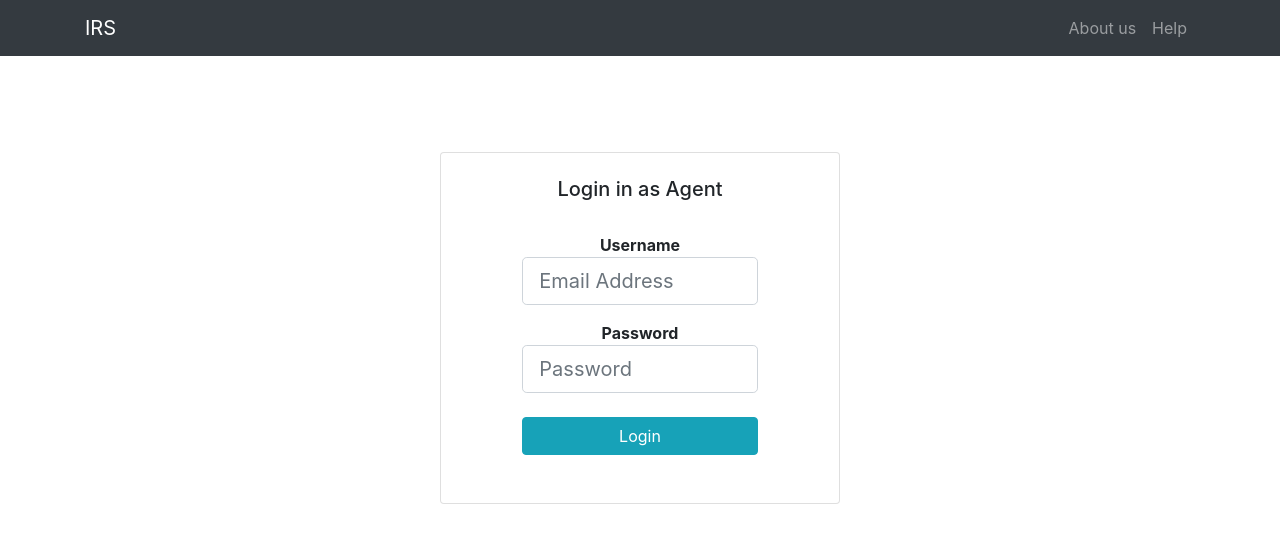
Repository: greeshmavyas/IRS_CS
Page: / (app in AgentManagement/Frontend/)
These files come from the project's save history. The page is drawn as it stood at one moment and after the next save; the edit follows.
The browser window is 1280 px wide. The pictures show the whole page.
Some web libraries are served in a nearby version. The project was rebuilt for these pictures with package versions that can differ from the ones it lists, and the page was loaded fresh each time. Also part of the build but not shown: AgentManagement/Frontend/src/components/NavbarDash.js, AgentManagement/Frontend/src/components/Sidebar.js, AgentManagement/Frontend/src/components/Dashboard.js, AgentManagement/Frontend/src/components/Settings.js, AgentManagement/frontend/src/App.css.

Above is the page before, as saved 2020-10-26 15:23:30.

### AgentManagement/frontend/public/index.html
<!DOCTYPE html>
<html lang="en">
  <head>
    <meta charset="utf-8" />
    <link rel="icon" href="%PUBLIC_URL%/favicon.ico" />
    <meta name="viewport" content="width=device-width, initial-scale=1" />
    <meta name="theme-color" content="#000000" />
    <meta
      name="description"
      content="Web site created using create-react-app"
    />
    <link rel="apple-touch-icon" href="%PUBLIC_URL%/logo192.png" />
    <!--
      manifest.json provides metadata used when your web app is installed on a
      user's mobile device or desktop. See https://developers.google.com/web/fundamentals/web-app-manifest/
    -->
    <link rel="manifest" href="%PUBLIC_URL%/manifest.json" />
    <link rel="stylesheet" href="https://stackpath.bootstrapcdn.com/bootstrap/4.4.1/css/bootstrap.min.css"
      integrity="sha384-Vkoo8x4CGsO3+Hhxv8T/Q5PaXtkKtu6ug5TOeNV6gBiFeWPGFN9MuhOf23Q9Ifjh" crossorigin="anonymous">
    <script src="https://kit.fontawesome.com/db1fc867ad.js" crossorigin="anonymous"></script>
    <!--
      Notice the use of %PUBLIC_URL% in the tags above.
      It will be replaced with the URL of the `public` folder during the build.
      Only files inside the `public` folder can be referenced from the HTML.

      Unlike "/favicon.ico" or "favicon.ico", "%PUBLIC_URL%/favicon.ico" will
      work correctly both with client-side routing and a non-root public URL.
      Learn how to configure a non-root public URL by running `npm run build`.
    -->
    <title>React App</title>
  </head>
  <body>
    <noscript>You need to enable JavaScript to run this app.</noscript>
    <div id="root"></div>
    <script src="https://code.jquery.com/jquery-3.4.1.slim.min.js"
      integrity="sha384-J6qa4849blE2+poT4WnyKhv5vZF5SrPo0iEjwBvKU7imGFAV0wwj1yYfoRSJoZ+n" crossorigin="anonymous"></script>
    <script src="https://cdn.jsdelivr.net/npm/popper.js@1.16.0/dist/umd/popper.min.js"
      integrity="sha384-Q6E9RHvbIyZFJoft+2mJbHaEWldlvI9IOYy5n3zV9zzTtmI3UksdQRVvoxMfooAo" crossorigin="anonymous"></script>
    <script src="https://stackpath.bootstrapcdn.com/bootstrap/4.4.1/js/bootstrap.min.js"
      integrity="sha384-wfSDF2E50Y2D1uUdj0O3uMBJnjuUD4Ih7YwaYd1iqfktj0Uod8GCExl3Og8ifwB6" crossorigin="anonymous"></script>
    <!--
      This HTML file is a template.
      If you open it directly in the browser, you will see an empty page.

      You can add webfonts, meta tags, or analytics to this file.
      The build step will place the bundled scripts into the <body> tag.

      To begin the development, run `npm start` or `yarn start`.
      To create a production bundle, use `npm run build` or `yarn build`.
    -->
  </body>
</html>

### AgentManagement/Frontend/src/App.js
import React from 'react';
import { BrowserRouter } from 'react-router-dom';
import Main from "./Main"
import './App.css';

function App() {
  return (
    <div>
      <BrowserRouter>
        <Main />
      </BrowserRouter>
    </div>
  );
}

export default App;

### AgentManagement/Frontend/src/Main.js
import React, { Component } from 'react';
import { Route } from 'react-router-dom';
import login from './components/login';
import Dashboard from './components/Dashboard';
import Settings from './components/Settings';

 class Main extends Component {
    render() {
        return (
          <div>
            <Route exact path="/" component={login} />
            <Route exact path="/dashboard" component={Dashboard} />
            <Route exact path="/settings" component={Settings} />
          </div>
        );
    }
}

export default Main;

### AgentManagement/Frontend/src/components/login.js
import React, { Component } from "react";
import Card from 'react-bootstrap/Card'
import NavbarLogin from './NavbarLogin'


class login extends Component {
  constructor() {
    super();
    this.state = {
      email: "",
      password: "",
      userType: "",
      errors: {},
    };
    //this.onChange = this.onChange.bind(this);
    //this.onSubmit = this.onSubmit.bind(this);
  }

  onChange = (e) => {
    this.setState({
      [e.target.name]: e.target.value,
    });
  };

  render() {
    return (
      <div>
        <NavbarLogin/>
        <br></br>
        <br></br>
        <br></br>
        <center>
        <Card style={{ width: '25rem' }}>
        <div className="container">
          <div className="row">
            <div className="col-md-8 m-auto">
            <br></br>
              <h5>Login in as Agent</h5>
              <br></br>
              <form onSubmit={this.onSubmit}>
                <div className="form-group">
                <strong>Username</strong>
                  <input
                    type="email"
                    className="form-control form-control-lg"
                    placeholder="Email Address"
                    name="email"
                    value={this.state.email}
                    onChange={this.onChange}
                  />
                </div>
                <div className="form-group">
                <strong>Password</strong>
                  <input
                    type="password"
                    className="form-control form-control-lg"
                    placeholder="Password"
                    name="password"
                    value={this.state.password}
                    onChange={this.onChange}
                  />
                </div>
                 <a href="/dashboard" class="btn btn-info btn-block mt-4">
                    Login
                  </a>
                  <br></br>
                  <br></br>
              </form>
            </div>
          </div>
        </div>
        </Card>
        </center>
      </div>
    );
  }
}

export default login;

### AgentManagement/Frontend/src/components/NavbarLogin.js
import React, { Component } from 'react';

class NavbarLogin extends Component {

  handleLogout = () => {
    window.localStorage.clear();
  };

  render() {
    return (
      <nav className="navbar navbar-expand-sm navbar-dark bg-dark mb-4">
        <div className="container">
          <a className="navbar-brand" href="/companyDashboard">
            IRS
          </a>
          <button
            className="navbar-toggler"
            type="button"
            data-toggle="collapse"
            data-target="#mobile-nav"
          >
            <span className="navbar-toggler-icon"></span>
          </button>

          <div className="collapse navbar-collapse" id="mobile-nav">

            <ul className="navbar-nav ml-auto">
              <li className="nav-item">
                <a className="nav-link" href="/">
                  About us
                </a>
              </li>
              <li className="nav-item">
                <a className="nav-link" href="/" onClick={this.handleLogout}>
                  Help
                </a>
              </li>
            </ul>
          </div>
        </div>
      </nav>
    );
  }
}

export default NavbarLogin;

Loaded but not shown: AgentManagement/Frontend/src/index.js (common file); AgentManagement/frontend/src/index.css (common file); AgentManagement/frontend/src/serviceWorker.js (common file)

After the next save:
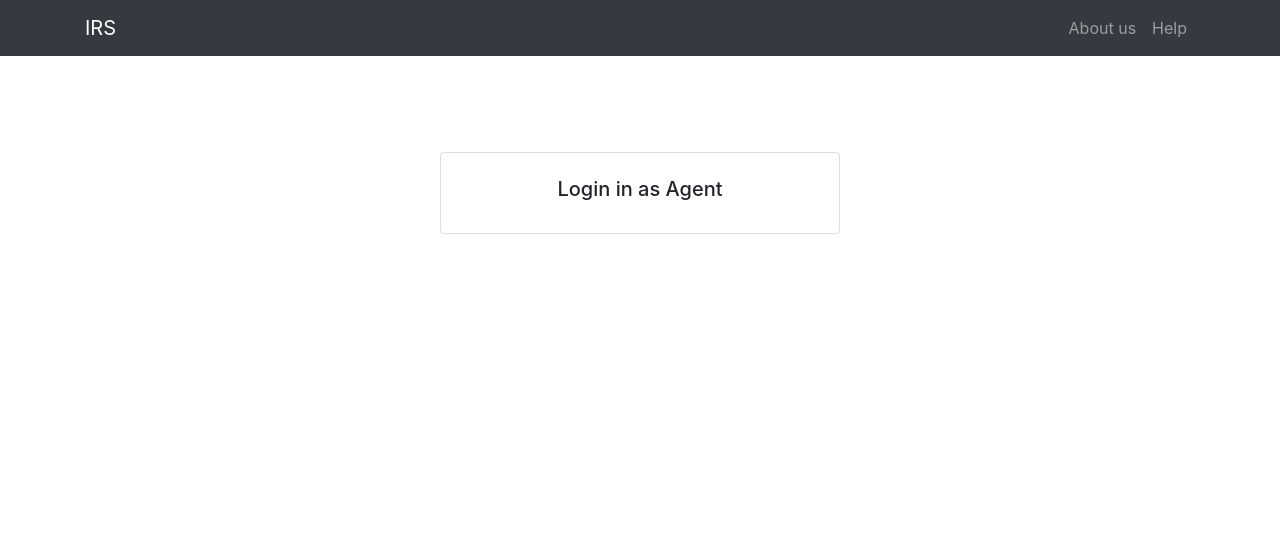
Saved 22 min 43 s later.
--- a/AgentManagement/Frontend/src/components/login.js
+++ b/AgentManagement/Frontend/src/components/login.js
@@ -12,8 +12,6 @@ class login extends Component {
       userType: "",
       errors: {},
     };
-    //this.onChange = this.onChange.bind(this);
-    //this.onSubmit = this.onSubmit.bind(this);
   }
 
   onChange = (e) => {
@@ -37,7 +35,7 @@ class login extends Component {
             <br></br>
               <h5>Login in as Agent</h5>
               <br></br>
-              <form onSubmit={this.onSubmit}>
+             {/*  <form onSubmit={this.onSubmit}>
                 <div className="form-group">
                 <strong>Username</strong>
                   <input
@@ -65,7 +63,7 @@ class login extends Component {
                   </a>
                   <br></br>
                   <br></br>
-              </form>
+              </form> */}
             </div>
           </div>
         </div>
